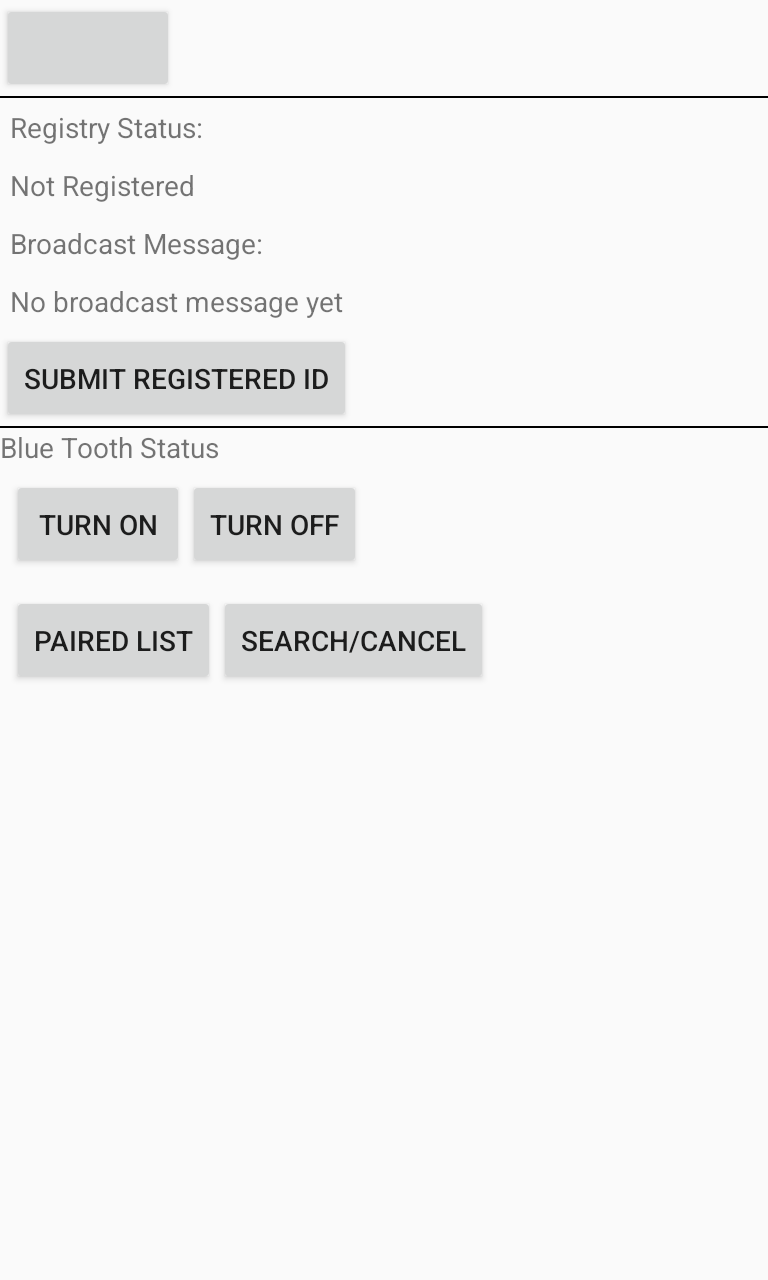
Repository: AlanTai/prjAppIntegration
Layout: prjCandyHouse/res/layout/activity_main.xml
The author's editor kept a copy of each file at every save. The layout is drawn from the files as they stood at one save, then again after the next save.
It is drawn on a 768 x 1280 px phone screen (xhdpi) without system bars, with theme AppTheme; the app's code is not run. Lists and similar views that code fills are empty.

Above is the layout before, as saved 2014-11-11 18:02:09.

### prjCandyHouse/res/layout/activity_main.xml
<LinearLayout
    xmlns:android="http://schemas.android.com/apk/res/android"
    xmlns:tools="http://schemas.android.com/tools"
    android:layout_width="match_parent"
    android:layout_height="match_parent"
    android:orientation="vertical">

    <Button
        android:id="@+id/btnConnectXMPP"
        android:layout_width="wrap_content"
        android:layout_height="wrap_content"
        android:padding="5dp"/>

    <TextView
        android:layout_height="1dp"
        android:layout_width="match_parent"
        android:background="#000"
        android:padding="2dp"/>

    <TextView
        android:id="@+id/tvRegStatus"
        android:layout_width="match_parent"
        android:layout_height="wrap_content"
        android:padding="5dp"
        android:text="@string/registryStatus" />

    <TextView
        android:id="@+id/tvRegStatusResult"
        android:layout_width="match_parent"
        android:layout_height="wrap_content"
        android:padding="5dp"
        android:text="@string/registryStatusResult"/>

    <TextView
        android:id="@+id/tvMessageLabel"
        android:layout_width="match_parent"
        android:layout_height="wrap_content"
        android:padding="5dp"
        android:text="@string/broadcastLabel"/>

    <TextView
        android:id="@+id/tvMessage"
        android:layout_width="match_parent"
        android:layout_height="wrap_content"
        android:padding="5dp"
        android:text="@string/broadcastResult"/>

    <Button
        android:id="@+id/btnSubmitRegId"
        android:layout_width="wrap_content"
        android:layout_height="wrap_content"
        android:text="@string/btnSubmitRegId"/>

    <TextView
        android:layout_height="1dp"
        android:layout_width="match_parent"
        android:background="#000"
        android:padding="2dp"/>

    <TextView
        android:id="@+id/txtBluetoothStatus"
        android:layout_height="wrap_content"
        android:layout_width="wrap_content"
        android:text="@string/txtBluetoothStatus"/>

    <LinearLayout
        android:layout_width="match_parent"
        android:layout_height="wrap_content"
        android:orientation="horizontal"
        android:padding="5dp">

        <Button
            android:id="@+id/btnTurnOn"
            android:layout_width="wrap_content"
            android:layout_height="wrap_content"
            android:text="@string/btnTurnOn"/>

        <Button
            android:id="@+id/btnTurnOff"
            android:layout_width="wrap_content"
            android:layout_height="wrap_content"
            android:text="@string/btnTurnOff"/>

    </LinearLayout>

    <LinearLayout
        android:layout_width="match_parent"
        android:layout_height="wrap_content"
        android:orientation="horizontal"
        android:padding="5dp">

        <Button
            android:id="@+id/btnPaired"
            android:layout_width="wrap_content"
            android:layout_height="wrap_content"
            android:text="@string/pairedList"/>

        <Button
            android:id="@+id/btnSearchCancel"
            android:layout_width="wrap_content"
            android:layout_height="wrap_content"
            android:text="@string/findDevices"/>

    </LinearLayout>

        <ListView
            android:id="@+id/listView"
            android:layout_width="fill_parent"
            android:layout_height="wrap_content"></ListView>

</LinearLayout>

### prjCandyHouse/res/values/strings.xml
<?xml version="1.0" encoding="utf-8"?>
<resources>

    <string name="app_name">appCandyHouse</string>
    <string name="hello_world">Hello world!</string>
    <string name="action_settings">Settings</string>

    <string name="btnConnectXMPP">Connect XMPP</string>

    <string name="registryStatus">Registry Status:</string>
    <string name="registryStatusResult">Not Registered</string>
    <string name="broadcastLabel">Broadcast Message:</string>
    <string name="broadcastResult">No broadcast message yet</string>
    <string name="btnSubmitRegId">Submit Registered ID</string>

    <string name="txtBluetoothStatus">Blue Tooth Status</string>
    <string name="btnTurnOn">Turn On</string>
    <string name="btnTurnOff">Turn Off</string>
    <string name="pairedList">Paired List</string>
    <string name="findDevices">Search/Cancel</string>

</resources>

Loaded but not shown: prjCandyHouse/res/values/styles.xml (common file); prjCandyHouse/res/values-v11/styles.xml (common file); prjCandyHouse/res/values-v14/styles.xml (common file)

After the next save:
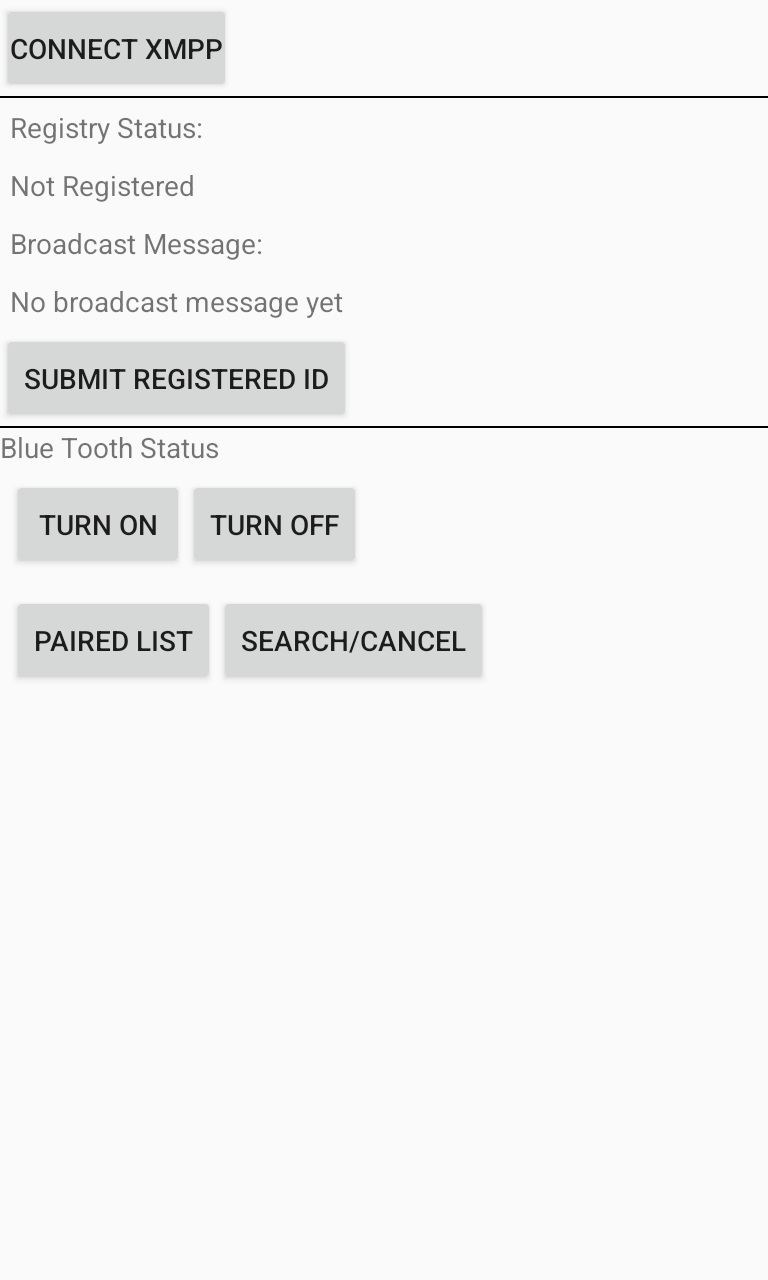
Saved 25 s later.
--- a/prjCandyHouse/res/layout/activity_main.xml
+++ b/prjCandyHouse/res/layout/activity_main.xml
@@ -9,7 +9,8 @@
         android:id="@+id/btnConnectXMPP"
         android:layout_width="wrap_content"
         android:layout_height="wrap_content"
-        android:padding="5dp"/>
+        android:padding="5dp"
+        android:text="@string/btnConnectXMPP"/>
 
     <TextView
         android:layout_height="1dp"
